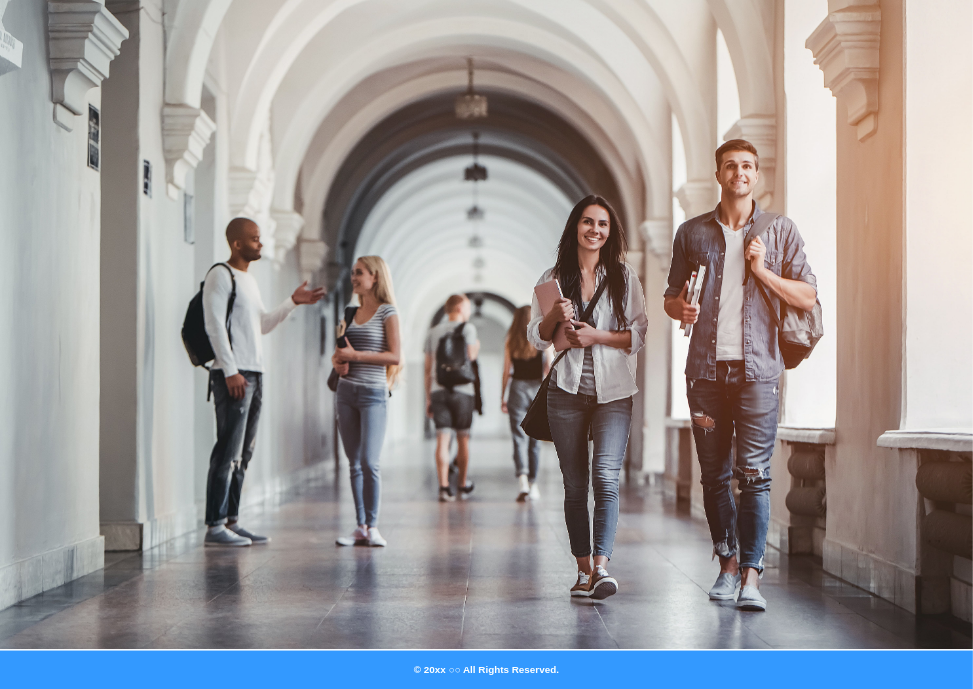
Repository: Rei-Yamaguchi/samurai_HTML-CSS
Page: home.html
The author's editor kept a record of every edit. The page is drawn from the files as they stood at one moment, then again after the next edit.
The browser window is 1280 px wide. The pictures show the whole page, at 76% of full size.

Above is the page before.

After the next edit:
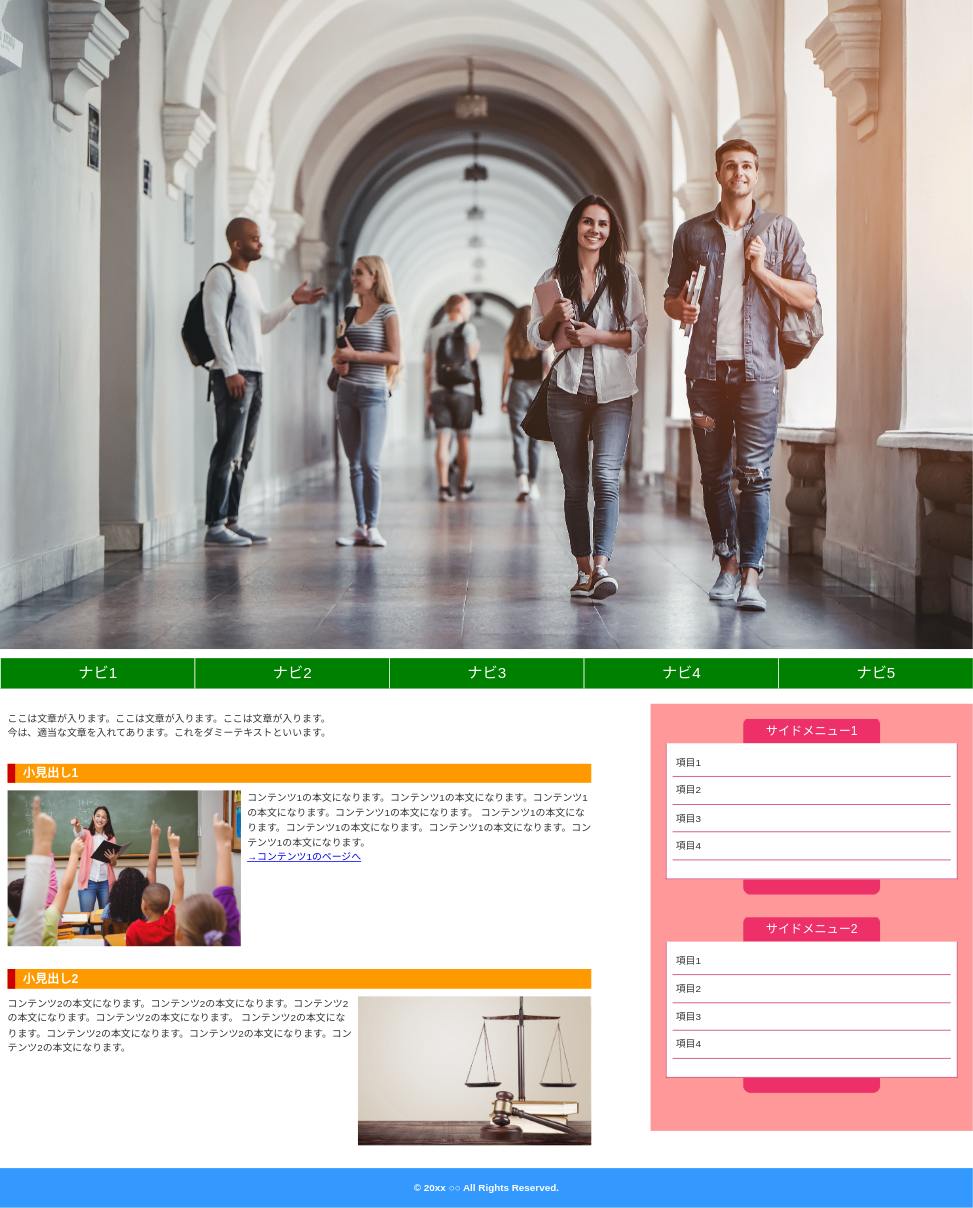
The edit:
--- a/home.html
+++ b/home.html
@@ -10,9 +10,66 @@
             <h1><a href="index.html"><img id="corridor" src="images/corridor.jpg" alt="大学の廊下" /></a></h1>
         </div>
         <div id="wrapper">
+            <div id="nav">
+                <ul>
+                    <li><a href="home.html">ナビ1</a></li>
+                    <li><a href="#">ナビ2</a></li>
+                    <li><a href="#">ナビ3</a></li>
+                    <li><a href="#">ナビ4</a></li>
+                    <li><a href="#">ナビ5</a></li>
+                </ul>
+            </div>
+                <div id="container">
+                    <div id="main">
+                        <div class="post">
+                            <p>ここは文章が入ります。ここは文章が入ります。ここは文章が入ります。<br />今は、適当な文章を入れてあります。これをダミーテキストといいます。</p>
+                        </div>
+                    <div class="post clearfix">
+                        <h2>小見出し1</h2>
+                        <img class="left" src="images/classroom.jpg" alt="授業風景" />
+                        <p>
+                            コンテンツ1の本文になります。コンテンツ1の本文になります。コンテンツ1の本文になります。コンテンツ1の本文になります。
+                            コンテンツ1の本文になります。コンテンツ1の本文になります。コンテンツ1の本文になります。コンテンツ1の本文になります。
+                        </p>
+                        <p><a href="#">→コンテンツ1のページへ</a></p>
+                    </div>
+                    <div class="post clearfix">
+                        <h2>小見出し2</h2>
+                        <img class="right" src="images/scale.jpg" alt="天秤" />
+                        <p>
+                            コンテンツ2の本文になります。コンテンツ2の本文になります。コンテンツ2の本文になります。コンテンツ2の本文になります。
+                            コンテンツ2の本文になります。コンテンツ2の本文になります。コンテンツ2の本文になります。コンテンツ2の本文になります。
+                        </p>
+                    </div>
+                </div>
+                <div id="side">
+                    <div class="box">
+                        <h2>サイドメニュー1</h2>
+                        <div class="boxBody">
+                            <ul>
+                                <li>項目1</li>
+                                <li>項目2</li>
+                                <li>項目3</li>
+                                <li>項目4</li>
+                            </ul>
+                        </div>
+                    </div>
+                    <div class="box">
+                        <h2>サイドメニュー2</h2>
+                        <div class="boxBody">
+                            <ul>
+                                <li>項目1</li>
+                                <li>項目2</li>
+                                <li>項目3</li>
+                                <li>項目4</li>
+                            </ul>
+                        </div>
+                    </div>
+                </div>
+            </div>
         </div>
-            <div id="footer">
-                <p>&copy; 20xx ○○ All Rights Reserved.</p>
-            </div>
+        <div id="footer">
+            <p>&copy; 20xx ○○ All Rights Reserved.</p>
+        </div>
     </body>
 </html>
